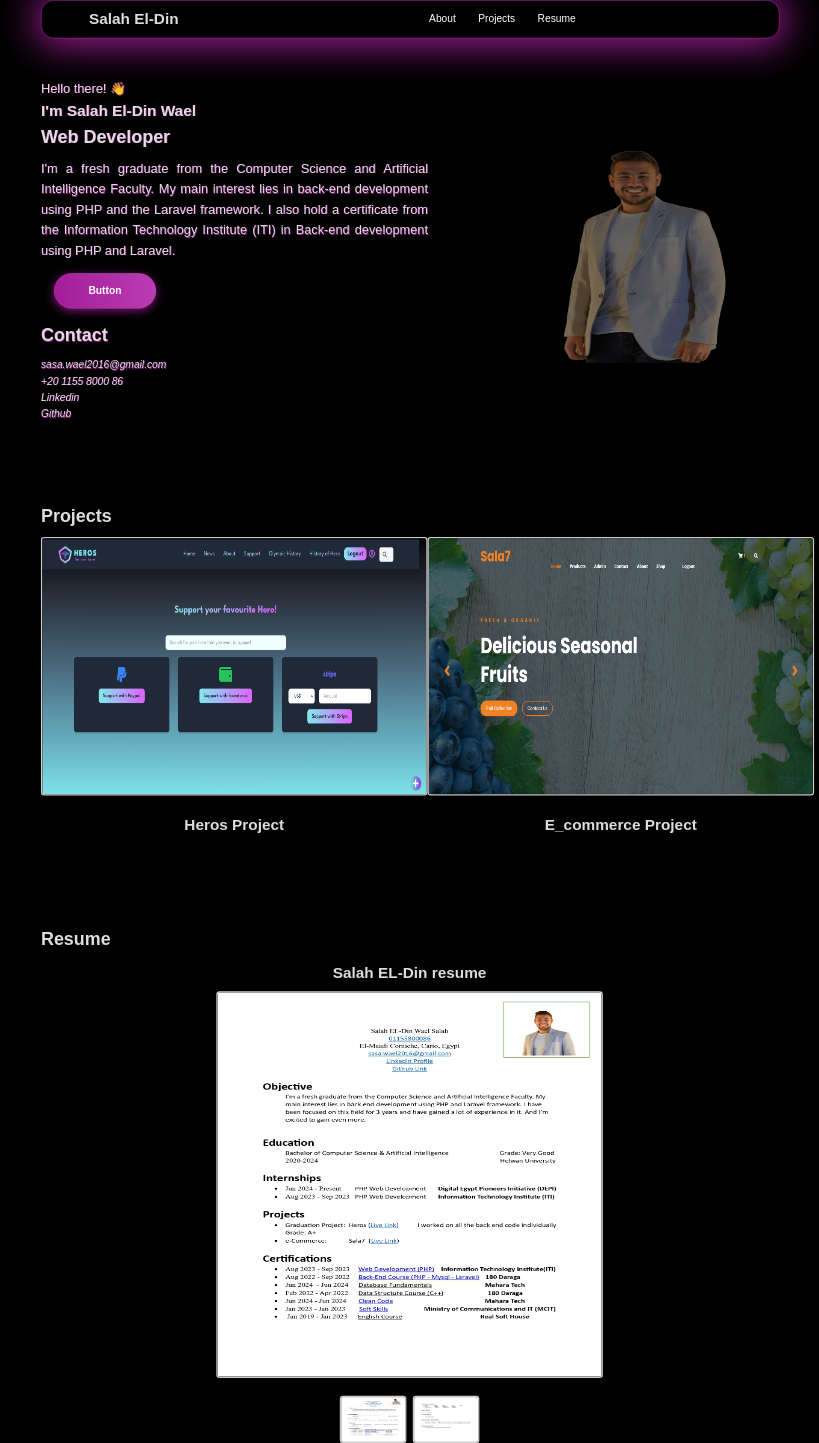
Repository: Salah-Wael/Salah-EL-Din-Portfolio
Page: index.html
These files come from the project's save history. The page is drawn as it stood at one moment and after the next save; the edit follows.
The browser window is 1280 px wide. The pictures show the whole page, at 64% of full size.

Above is the page before, as saved 2024-07-28 03:12:02.

### index.html
<!DOCTYPE html>
<html lang="en">
<head>
  <meta charset="UTF-8">
  <meta name="viewport" content="width=device-width, initial-scale=1.0">
  <title>Salah EL-Din Portfolio</title>
  <link rel="stylesheet" href="./style.css">

</head>
<body>
  <header>
    <nav>
      <h1>Salah El-Din</h1>
      <ul>
        <li><a href="#about">About</a></li>
        <li><a href="#projects">Projects</a></li>
        <li><a href="#resume">Resume</a></li>
      </ul>
    </nav>
  </header>
  <section id="about">
    <div class="about">
      <div class="content">
        <p>Hello there! 👋</p>
        <!-- <br> -->
        <h1>I'm Salah El-Din Wael</h1>
        <h2>Web Developer</h2>
          <p>I'm a fresh graduate from the Computer Science and Artificial Intelligence Faculty.
          My main interest lies in back-end development using PHP and the Laravel framework.
          I also hold a certificate from the Information Technology Institute (ITI) in Back-end development using PHP and Laravel.</p>
        <a href=""><button class="bn632-hover bn22">Button</button></a>

        <div>
          <center></center>
          <h2>Contact</h2>
          <address>
            <a href="mailto:sasa.wael2016@gmail.com">sasa.wael2016@gmail.com</a><br>
            <a href="https://api.whatsapp.com/send/?phone=%2B201155800086" target="_blank">+20 1155 8000 86</a><br>
            <a href="https://www.linkedin.com/in/salah-eldin" target="_blank">Linkedin</a><br>
            <a href="https://github.com/Salah-Wael" target="_blank">Github</a><br>
          </address>
        </div>
      </div>
      <div class="main-img">
        <img src="./img/me/sasag.png" alt="Salah EL-Din">
      </div>
    </div>
  </section>
  <section id="projects">

    <h2>Projects</h2>
    <div class="projects">
      <div class="projects-container">
        <a href="https://heros.rf.gd/" target="_blank">
          <div class="project">
            <div class="image-display">
              <img id="heros" src="img/projects/heros registration.png" alt="heros registration">
            </div>
            <h3>Heros Project</h3>
          </div>
        </a>
      </div>
      <div class="projects-container">
        <a href="https://sala7.great-site.net/" target="_blank">
          <div class="project">
            <div class="image-display">
              <img id="ecommerce" src="img/projects/ecommerce home.png" alt="Sala7 E_commerce">

            </div>
            <h3>E_commerce Project</h3>
          </div>
        </a>
      </div>
    </div>
  </section>
  <section id="resume">
    <h2>Resume</h2>
    <div class="cv-container">
      <div class="project">
        <h3>Salah EL-Din resume</h3>
        <div class="image-display">
          <img id="CV" src="img/CV/Salah EL-Din resume_page-0001.jpg" alt="Salah EL-Din resume">
        </div>
        <div class="thumbnails">
          <img src="img/CV/Salah EL-Din resume_page-0001.jpg" alt="Salah EL-Din resume"
          onclick="swapImage('img/CV/Salah EL-Din resume_page-0001.jpg')">

          <img src="img/CV/Salah EL-Din resume_page-0002.jpg" alt="Salah EL-Din resume"
          onclick="swapImage('img/CV/Salah EL-Din resume_page-0002.jpg')">

        </div>
      </div>
    </div>
  </section>
</body>

<script>
    document.addEventListener('DOMContentLoaded', (event) => {
      const herosImages = [
        'img/projects/heros registration.png',
        'img/projects/heros create news.png',
        'img/projects/heros payment.png'
      ];
      const ecommerceImages = [
        'img/projects/ecommerce home.png',
        'img/projects/products.png'
      ];

      let currentHerosIndex = 0;
      const herosImage = document.getElementById('heros');

      function swapHerosImage() {
        currentHerosIndex = (currentHerosIndex + 1) % herosImages.length;
        herosImage.src = herosImages[currentHerosIndex];
      }
      setInterval(swapHerosImage, 2000); // Change image every 2 seconds

      let currentEcommerceIndex = 0;
      const ecommerceImage = document.getElementById('ecommerce');

      function swapEcommerceImage() {
        currentEcommerceIndex = (currentEcommerceIndex + 1) % ecommerceImages.length;
        ecommerceImage.src = ecommerceImages[currentEcommerceIndex];
      }

      setInterval(swapEcommerceImage, 2000); // Change image every 2 seconds
    });



    function swapImage(newSrc) {
      document.getElementById('CV').src = newSrc;
    }
  </script>
</html>

### style.css
/* Reset some basic styles */
*{
  margin: 0;
  padding: 0;
  list-style: none;
  text-decoration: none;
  color:#dddddd;
  font-family: Arial, sans-serif;
}

/* General body styling */
body {
  font-family: Arial, sans-serif;
  line-height: 1.6;
  background-color: black;
}

/* Styling for navigation bar */
header{
  height: 10vh;
  width: 100%;

}

:root {
  --main-color: #a21e99;
  --secondary-color: #2ecc71;
  --font-size: 16px;
}

nav {
  background-color: black;
  border: 1px solid var(--main-color) ;
  box-shadow: 1px 1px 60px 8px var(--main-color) ;
  z-index: 1;
  border-radius: 20px;
  color: white;
  width: 90%;
  margin-left: 5%;
  display: flex;
  justify-content: space-between;
  align-items: center;
  padding: 10px 0px;
  margin-bottom: 50px;
  position: fixed;
}

nav h1 {
  width: 30%;
  text-align: center;
  font-size: 24px;
}

nav ul {
  display: flex;
  justify-content: center;
  width: 90%;
  gap: 15px;
}

nav ul li {
  list-style: none;
}

nav ul li a {
  color: white;
  text-decoration: none;
  padding: 5px 10px;
}

nav ul li a:hover {
  color: var(--main-color);
  transition: 0.5s;
}

/* Section styling */
section {
  /* padding: 20px; */
  margin-top: 50px;
  width: 90%;
  margin-left: 5%;
  height: 85vh;
}

section h2 {
  font-size: 28px;
  margin-bottom: 10px;
}

section p {
  font-size: 24px;
}

/* about section styling */
.about{
  display: flex;
  justify-content: space-around;
  align-items: center;
  margin: 0, 20px, 20px, 20px;
}

.about .content{
  width: 70%;
  height: 100%;
}

.about .content{
  text-shadow: 1px 1px 1px #a21e99;
}

.about div p{
  width: 75%;
  font-size: 20px;
  text-align: justify;
}

.bn632-hover {
  width: 160px;
  font-size: 16px;
  font-weight: 600;
  color: #fff;
  cursor: pointer;
  margin: 20px;
  height: 55px;
  text-align:center;
  border: none;
  background-size: 300% 100%;
  border-radius: 50px;
  moz-transition: all .4s ease-in-out;
  -o-transition: all .4s ease-in-out;
  -webkit-transition: all .4s ease-in-out;
  transition: all .4s ease-in-out;
}

.bn632-hover:hover {
  background-position: 100% 0;
  moz-transition: all .4s ease-in-out;
  -o-transition: all .4s ease-in-out;
  -webkit-transition: all .4s ease-in-out;
  transition: all .4s ease-in-out;
}

.bn632-hover:focus {
  outline: none;
}

.bn632-hover.bn22 {
  background-image: linear-gradient(
    to right,
    #a21e99,
    #ba3cb2,
    #dd30d8,
    #b62bb6
  );
  box-shadow: 0 4px 15px 0 rgba(162, 30, 153, 0.75);
}

.about .main-img{
  width: 30%;
  height: 100%;

}

.about div img{
  width: 300px;
  height: 300px;
  animation: salah 2s linear infinite;
  -webkit-animation: salah 2s linear infinite;
  /* box-shadow: 1px 1px 1px 0px rgba(162, 30, 153, 0.75) ; */

}

@keyframes salah {
  0%{
    opacity: 0;
    transform: scale(0.5);

  }
  50%{
    opacity: 0.5;
    transform: scale(1.2);
  }

  100%{
    opacity: 1;
    transform: scale(1);
  }
}


/* Projects section styling */
.projects{
  display: flex;
  justify-content: space-evenly;
}

.projects-container {
  display: flex;
  gap: 20px;
  flex-wrap: wrap;
  justify-content: center;
}
.cv-container {
  display: flex;
  gap: 20px;
  flex-wrap: wrap;
  justify-content: center;
}

.project {
  text-align: center;
}

.project h3 {
  font-size: 24px;
  margin-bottom: 10px;
}

.image-display {
  margin-bottom: 20px;

}

#projects .image-display img {
  width: 600px;
  height: 400px;
  border: 2px solid #ccc;
  border-radius: 5px;
  box-shadow: 0 2px 5px rgba(0, 0, 0, 0.1);
}

#resume{
  height: 110vh;
}
#resume .image-display img {
  width: 600px;
  height: 600px;
  border: 2px solid #ccc;
  border-radius: 5px;
  box-shadow: 0 2px 5px rgba(0, 0, 0, 0.1);
}

.thumbnails {
  display: flex;
  gap: 10px;
  justify-content: center;
}

.thumbnails img {
  width: 100px;
  height: 70px;
  border: 2px solid #ccc;
  border-radius: 5px;
  cursor: pointer;
  transition: border-color 0.3s ease;
}

.thumbnails img:hover {
  border-color: #333;
}

After the next save:
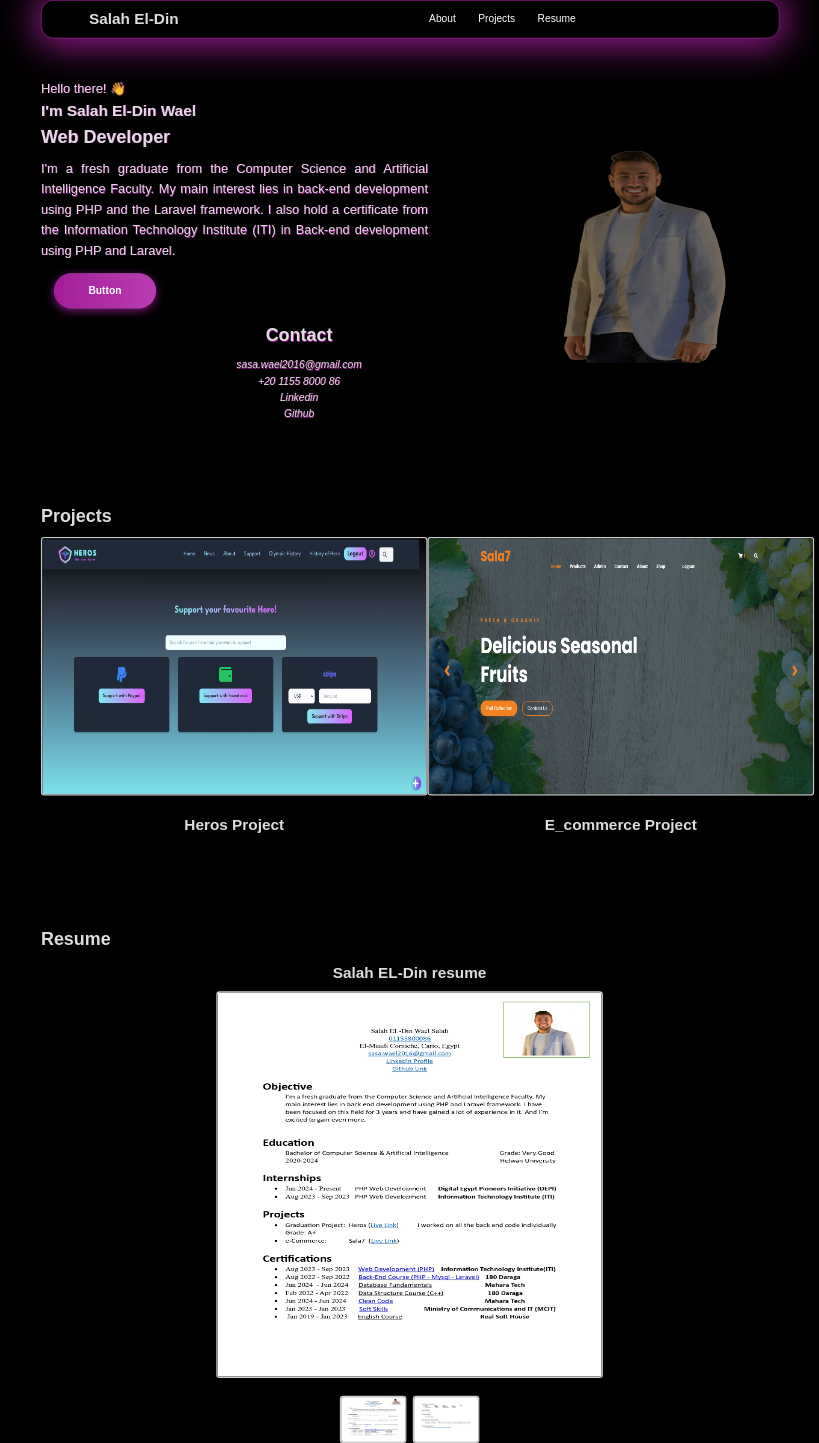
Saved 6 s later.
--- a/index.html
+++ b/index.html
@@ -31,7 +31,7 @@
         <a href=""><button class="bn632-hover bn22">Button</button></a>
 
         <div>
-          <center></center>
+          <center>
           <h2>Contact</h2>
           <address>
             <a href="mailto:sasa.wael2016@gmail.com">sasa.wael2016@gmail.com</a><br>
@@ -39,6 +39,7 @@
             <a href="https://www.linkedin.com/in/salah-eldin" target="_blank">Linkedin</a><br>
             <a href="https://github.com/Salah-Wael" target="_blank">Github</a><br>
           </address>
+          </center>
         </div>
       </div>
       <div class="main-img">
